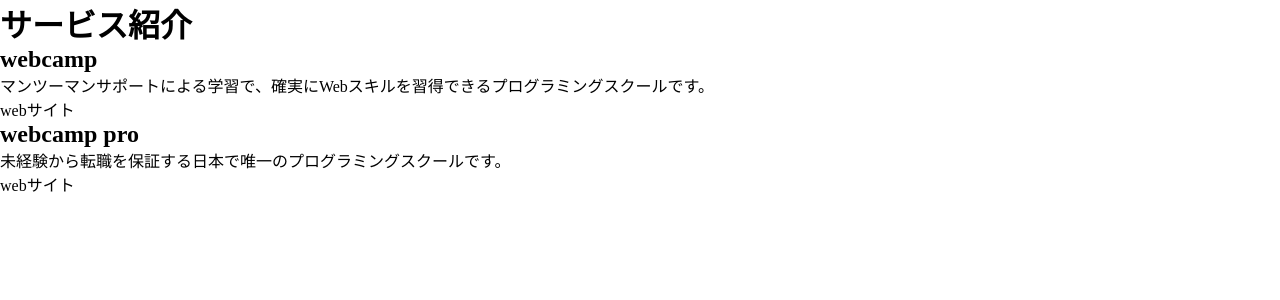
Repository: newyorkey/exercise1
Page: work2/work2.html
The author's editor kept a record of every edit. The page is drawn from the files as they stood at one moment, then again after the next edit.
The browser window is 1280 px wide. The pictures show the whole page.

Above is the page before.

After the next edit:
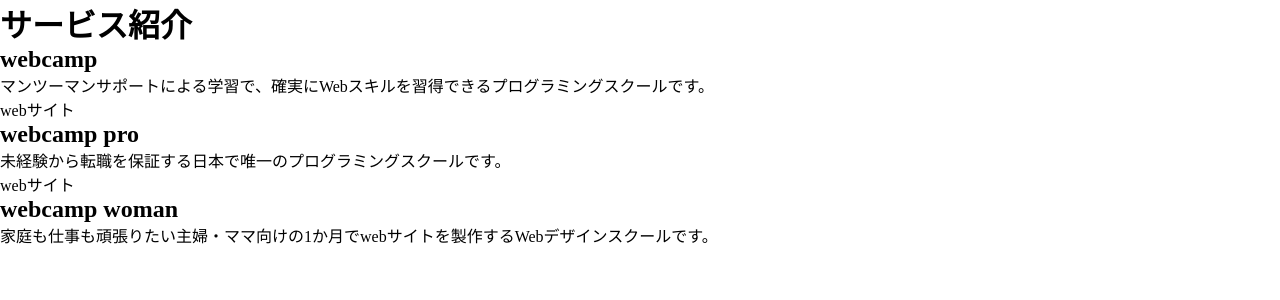
The edit:
--- a/work2/work2.html
+++ b/work2/work2.html
@@ -24,6 +24,9 @@
 
     <a>webサイト</a>
 
+  <h2>webcamp woman</h2>
+
+<p>家庭も仕事も頑張りたい主婦・ママ向けの1か月でwebサイトを製作するWebデザインスクールです。</p>
 
 
 
